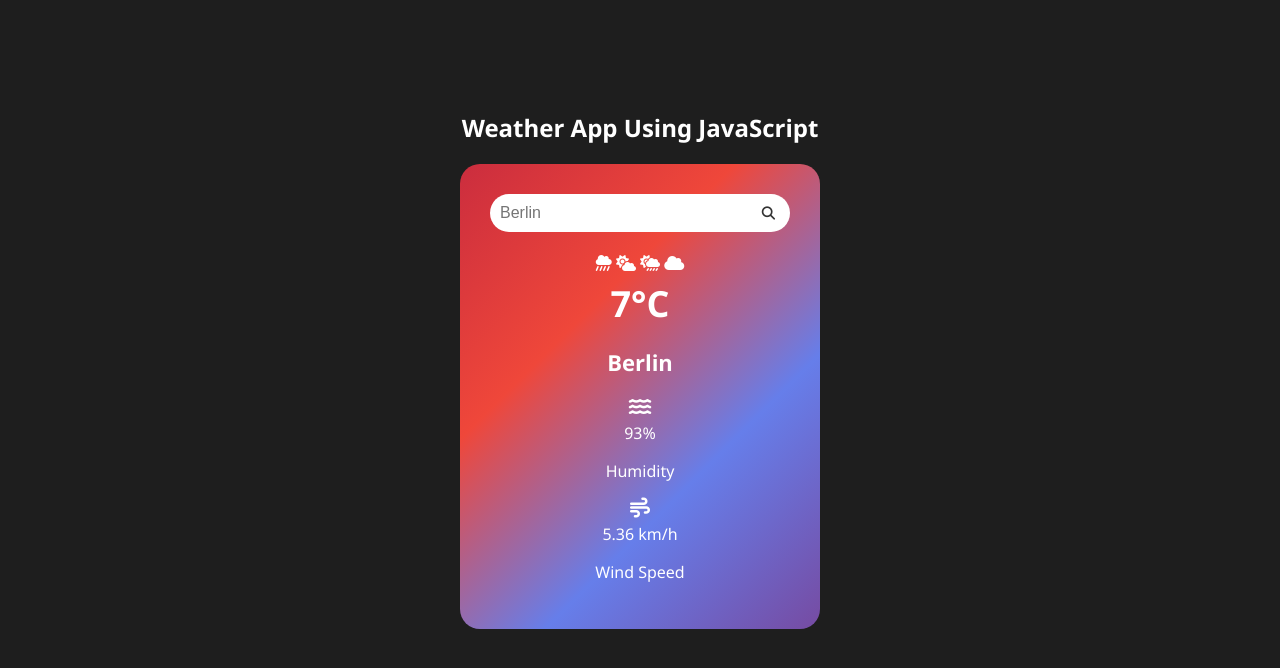
Repository: Femi007-gh/Forcast
Page: index.html
An editor plug-in stored every save of this project. The page is shown before and after a run of saves, followed by the edit.
The browser window is 1280 px wide. The pictures show the whole page.

Above is the page before, as saved 2025-05-06 17:22:37.
Console error (its wording comes from the project's code and is left out).

### index.html
<!DOCTYPE html>
<html>
<head>
  <title>Weather App</title>
  <link rel="stylesheet" href="style.css" />
  <link rel="stylesheet" href="https://cdnjs.cloudflare.com/ajax/libs/font-awesome/6.4.0/css/all.min.css" />
</head>
<body>
  <div class="container">
    <h2>Weather App Using JavaScript</h2>
    <div class="weather-box">
      <div class="search-box">
        <input type="text" id="cityInput" placeholder="Berlin" />
        <button>
          <i class="fas fa-search"></i>
        </button>
      </div>


      <div id="errorMessage" style="color: pink; margin-top: 10px; font-size: 25px;"></div>

      <div class="weather-info">
        <i class="fa-solid fa-cloud-showers-heavy"></i>
        <i class="fa-solid fa-cloud-sun"></i>
        <i class="fa-solid fa-cloud-sun-rain"></i>
        <i class="fa-solid fa-cloud"></i>

        <h1 id="temperature">7°C</h1>
        <h2 id="cityName">Berlin</h2>

        <div class="details">
          <div>
            <i class="fas fa-water"></i>
            <span id="humidity">93%</span>
            <p>Humidity</p>
          </div>
          <div>
            <i class="fas fa-wind"></i>
            <span id="windSpeed">5.36 km/h</span>
            <p>Wind Speed</p>
          </div>
        </div>
      </div>
    </div>
  </div>

  <script src="script.js"></script>
</body>
</html>

### style.css
body {
  margin: 0;
  font-family: 'Segoe UI', sans-serif;
  background-color: #1e1e1e;
  display: flex;
  justify-content: center;
  align-items: center;
  height: 100vh;
  color: white;
}

.container {
  text-align: center;
}

.weather-box {
  background: linear-gradient(135deg, #cb2d3e, #ef473a, #667eea, #764ba2);
  padding: 30px;
  border-radius: 20px;
  width: 300px;
  color: #fff;
}

.search-box {
  display: flex;
  margin-bottom: 20px;
}

.search-box input {
  flex: 1;
  padding: 10px;
  border: none;
  border-radius: 25px 0 0 25px;
  outline: none;
  font-size: 16px;
}

.search-box button {
  background-color: white;
  border: none;
  border-radius: 0 25px 25px 0;
  padding: 10px 15px;
  cursor: pointer;
}

.search-box button i {
  color: #333;
}

.weather-info img {
  width: 70px;
  margin: 10px 0;
}

.weather-info h1 {
  font-size: 36px;
  margin: 5px 0;
}

.weather-info h2 {
  font-size: 22px;
  margin-bottom: 20px;
}

.details {
  display: fle;
  margin-top: 20px;
}

.details div {
  display: flex;
  flex-direction: column;
  align-items: center;
}

.details i {
  font-size: 20px;
  margin-bottom: 5px;
}

.error-message {
  color: #ffc107;
  margin-top: 10px;
  font-size: 14px;
}

### script.js
document.querySelector('.search-box button').addEventListener('click', getWeather);

async function getWeather() {
  const apiKey = 'enter your API key here';
  const city = document.getElementById('cityInput').value.trim() || 'Berlin';

  const tempEl = document.getElementById('temperature');
  const cityEl = document.getElementById('cityName');
  const humidityEl = document.getElementById('humidity');
  const windEl = document.getElementById('windSpeed');
  const errorEl = document.getElementById('errorMessage');

  const url = `https://api.openweathermap.org/data/2.5/weather?q=${city}&appid=${apiKey}&units=metric`;

  try {
    const response = await fetch(url);
    const data = await response.json();

      return;
    }

    errorEl.textContent = '';
    tempEl.textContent = `${Math.round(data.main.temp)}°C`;
    cityEl.textContent = data.name;
    humidityEl.textContent = `${data.main.humidity}%`;
    windEl.textContent = `${data.wind.speed} km/h`;
  } catch (error) {
    console.error(error);
    errorEl.textContent = "Error fetching weather data.";
  }
}

After the next 2 saves:
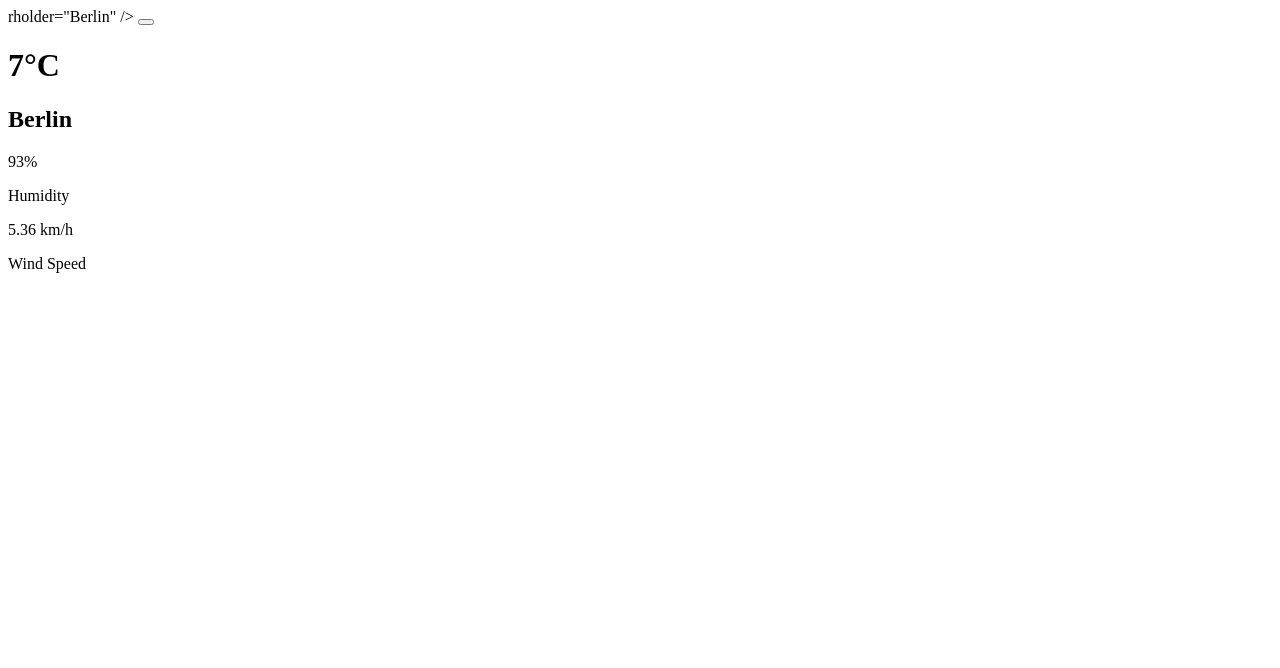
The 2 saves are shown as one change because they came seconds apart.
The last was saved 13 s later.
--- a/index.html
+++ b/index.html
@@ -1,16 +1,6 @@
 <!DOCTYPE html>
 <html>
-<head>
-  <title>Weather App</title>
-  <link rel="stylesheet" href="style.css" />
-  <link rel="stylesheet" href="https://cdnjs.cloudflare.com/ajax/libs/font-awesome/6.4.0/css/all.min.css" />
-</head>
-<body>
-  <div class="container">
-    <h2>Weather App Using JavaScript</h2>
-    <div class="weather-box">
-      <div class="search-box">
-        <input type="text" id="cityInput" placeholder="Berlin" />
+<head>rholder="Berlin" />
         <button>
           <i class="fas fa-search"></i>
         </button>

After the save that followed:
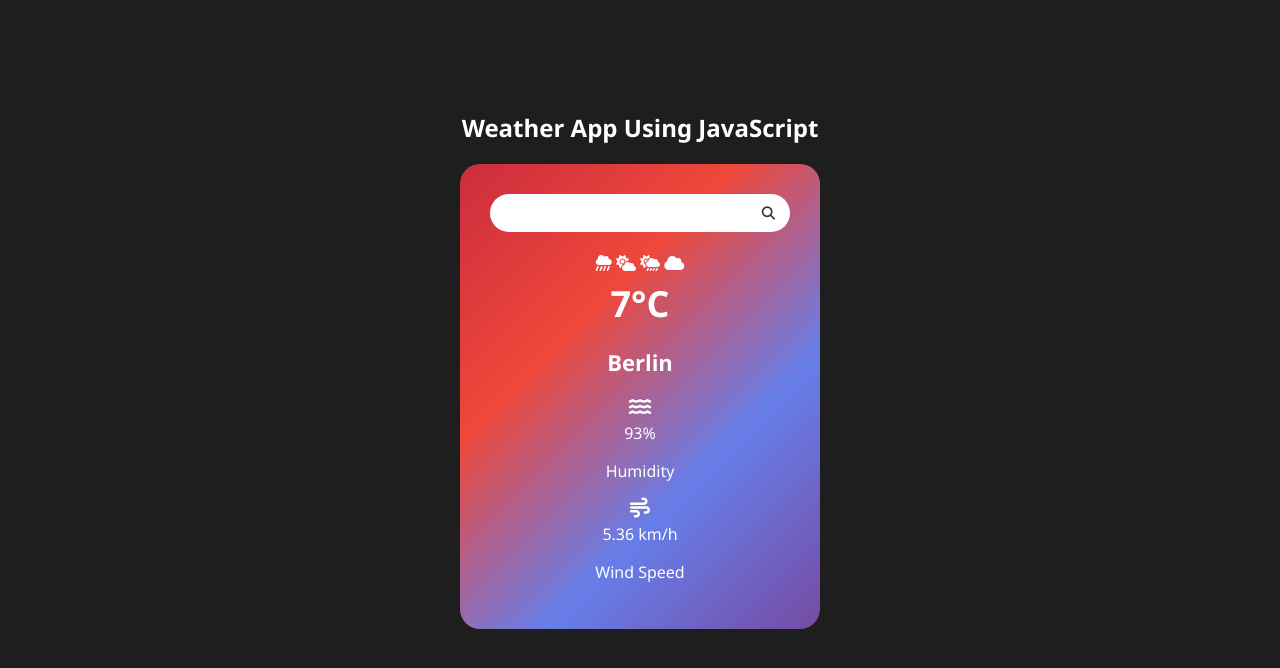
Saved 7 s later.
--- a/index.html
+++ b/index.html
@@ -1,6 +1,16 @@
 <!DOCTYPE html>
 <html>
-<head>rholder="Berlin" />
+<head>
+  <title>Weather App</title>
+  <link rel="stylesheet" href="style.css" />
+  <link rel="stylesheet" href="https://cdnjs.cloudflare.com/ajax/libs/font-awesome/6.4.0/css/all.min.css" />
+</head>
+<body>
+  <div class="container">
+    <h2>Weather App Using JavaScript</h2>
+    <div class="weather-box">
+      <div class="search-box">
+        <input type="text" id="cityInput" placdrholder="Berlin" />
         <button>
           <i class="fas fa-search"></i>
         </button>
